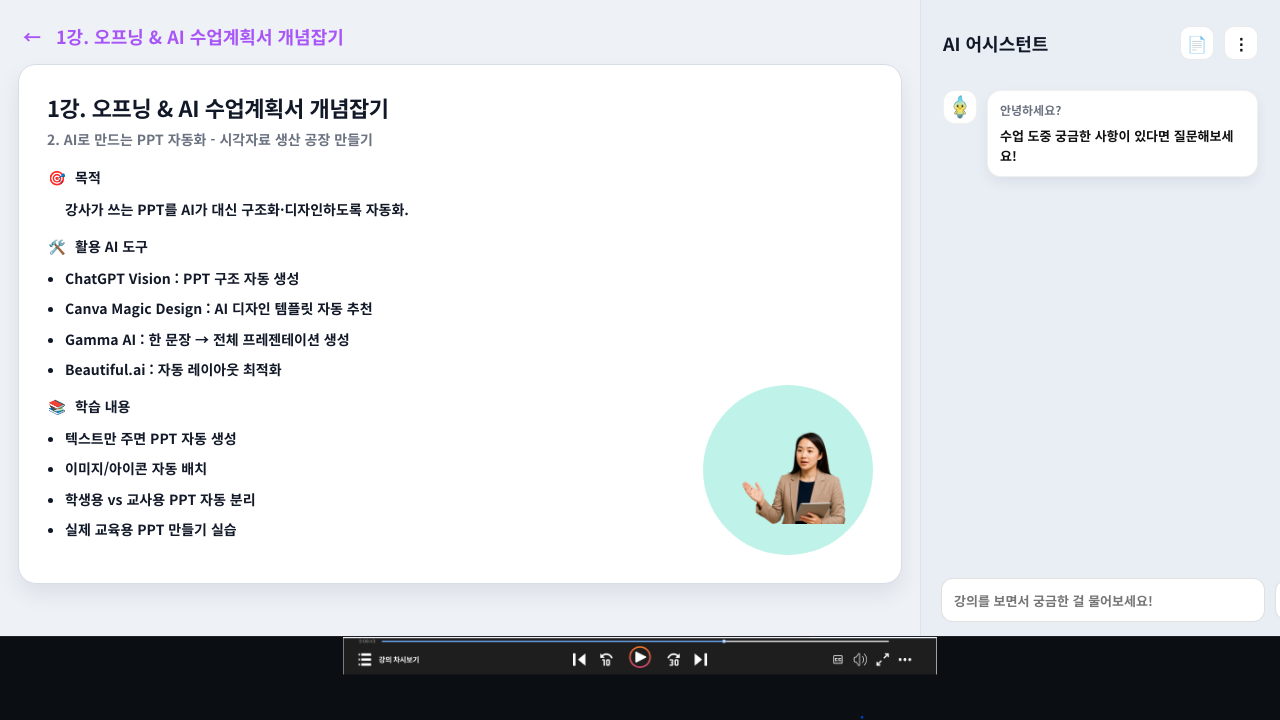
Repository: Iimchaehoon/level_up
Page: player.html
The author's editor kept a copy of each file at every save. The page is drawn from the files as they stood at one save, then again after the next save.
The browser window is 1280 px wide. The pictures show the whole page.

Above is the page before, as saved 2025-12-14 19:33:02.

### player.html
<!doctype html>
<html lang="ko">
<head>
  <meta charset="UTF-8" />
  <meta name="viewport" content="width=device-width,initial-scale=1" />
  <title>강의 플레이어 | LEVEL-UP</title>

  <link rel="preconnect" href="https://fonts.googleapis.com" />
  <link rel="preconnect" href="https://fonts.gstatic.com" crossorigin />
  <link href="https://fonts.googleapis.com/css2?family=Noto+Sans+KR:wght@400;500;700;800&display=swap" rel="stylesheet" />

  <style>
    :root{
      --bg:#eef1f6;
      --card:#ffffff;
      --line:#d6dde8;
      --text:#111827;
      --muted:#6b7280;
      --purple:#a855f7;
      --shadow:0 10px 22px rgba(15,23,42,.08);
      --radius:18px;
      --sidebarW:360px;
      --playerH:84px;
    }

    *{ box-sizing:border-box; }
    html,body{ height:100%; }
    body{
      margin:0;
      font-family:"Noto Sans KR",system-ui,-apple-system,BlinkMacSystemFont,"Segoe UI",sans-serif;
      color:var(--text);
      background:var(--bg);
      overflow:hidden; /* 피그마처럼 전체 스크롤 최소화 */
    }
    img{ max-width:100%; display:block; }
    button,input{ font-family:inherit; }
    a{ color:inherit; text-decoration:none; }

    /* ===== 전체 레이아웃 ===== */
    .app{
      height:100vh;
      display:grid;
      grid-template-columns: 1fr var(--sidebarW);
      padding-bottom: var(--playerH); /* 하단 플레이어바 자리 */
    }

    /* ===== 좌측 컨텐츠 ===== */
    .stage{
      position:relative;
      padding:18px 18px 18px 18px;
      overflow:auto;
    }

    .topline{
      display:flex;
      align-items:center;
      gap:10px;
      padding:4px 0 14px;
      color:var(--purple);
      font-weight:800;
      font-size:18px;
    }
    .back{
      width:28px; height:28px;
      border-radius:999px;
      display:grid; place-items:center;
      cursor:pointer;
      user-select:none;
    }
    .back:hover{ background:rgba(168,85,247,.12); }

    .content-card{
      background:var(--card);
      border:1px solid var(--line);
      border-radius: var(--radius);
      box-shadow: var(--shadow);
      padding:26px 28px;
      min-height: 520px;
      position:relative;
    }

    .h1{
      margin:0 0 6px;
      font-size:22px;
      font-weight:900;
      letter-spacing:-0.02em;
    }
    .h2{
      margin:0 0 18px;
      font-size:14px;
      font-weight:700;
      color:var(--muted);
    }

    .sec{
      margin-top:14px;
    }
    .sec-title{
      display:flex;
      align-items:center;
      gap:8px;
      margin:0 0 10px;
      font-weight:900;
      font-size:14px;
    }
    .sec-title .emoji{
      width:20px;
      display:inline-grid;
      place-items:center;
      font-size:14px;
    }
    .bullets{
      margin:0;
      padding-left:18px;
      color:var(--text);
      font-weight:600;
      line-height:1.75;
      font-size:14px;
    }
    .bullets li{ margin:6px 0; }

    /* 우하단 강사 이미지(원형 배경) */
    .teacher-badge{
      position:absolute;
      right:28px;
      bottom:28px;
      width:170px;
      height:170px;
      border-radius:999px;
      background: #bff3ea;
      display:grid;
      place-items:center;
    }
    .teacher-badge img{
      width:145px;
      height:auto;
      transform: translateY(6px);
    }

    /* ===== 우측 AI 어시스턴트 ===== */
    .sidebar{
      background:#e9edf4;
      border-left:1px solid rgba(0,0,0,.05);
      display:flex;
      flex-direction:column;
      padding:16px 14px 14px;
      overflow:hidden;
    }

    .side-head{
      display:flex;
      align-items:center;
      justify-content:space-between;
      padding:10px 8px 12px;
      font-weight:900;
      font-size:18px;
    }
    .side-actions{
      display:flex;
      gap:10px;
      color:#111;
    }
    .iconbtn{
      width:34px;
      height:34px;
      border-radius:10px;
      border:1px solid rgba(0,0,0,.08);
      background:#fff;
      cursor:pointer;
      display:grid;
      place-items:center;
      font-size:16px;
      user-select:none;
    }
    .iconbtn:hover{ background:#f7f8fb; }

    .chat{
      flex:1;
      overflow:auto;
      padding:8px 8px 10px;
    }

    .msg{
      display:flex;
      gap:10px;
      align-items:flex-start;
      margin:10px 0;
    }
    .avatar{
      width:34px;
      height:34px;
      border-radius:12px;
      background:#fff;
      border:1px solid rgba(0,0,0,.06);
      display:grid;
      place-items:center;
      overflow:hidden;
      flex:0 0 auto;
    }
    .avatar img{ width:26px; height:26px; object-fit:contain; }

    .bubble{
      max-width: 92%;
      background:#fff;
      border:1px solid rgba(0,0,0,.06);
      border-radius:14px;
      padding:10px 12px;
      line-height:1.55;
      font-size:13px;
      font-weight:600;
      color:#111;
      box-shadow: 0 6px 14px rgba(15,23,42,.06);
    }
    .bubble .muted{
      color:var(--muted);
      font-weight:700;
      font-size:12px;
      margin-bottom:6px;
      display:block;
    }

    .msg.user{
      justify-content:flex-end;
    }
    .msg.user .bubble{
      background:#111827;
      color:#fff;
      border-color:#111827;
      box-shadow:none;
    }

    .composer{
      padding:10px 6px 0;
      display:flex;
      gap:10px;
      align-items:center;
    }
    .input{
      flex:1;
      height:44px;
      border-radius:12px;
      border:1px solid rgba(0,0,0,.12);
      background:#fff;
      padding:0 12px;
      outline:none;
      font-size:13px;
      font-weight:600;
    }
    .send{
      width:46px;
      height:44px;
      border-radius:14px;
      border:1px solid rgba(0,0,0,.12);
      background:#fff;
      cursor:pointer;
      display:grid;
      place-items:center;
      font-size:18px;
      user-select:none;
    }
    .send:hover{ background:#f7f8fb; }

    /* ===== 하단 플레이어 바 ===== */
    .playerbar{
      position:fixed;
      left:0; right:0; bottom:0;
      height: var(--playerH);
      background:#0b0f14;
      display:flex;
      align-items:center;
      justify-content:center;
      z-index:50;
      border-top:1px solid rgba(255,255,255,.08);
    }
    .playerbar img{
      height:100%;
      width:100%;
      object-fit:contain; /* 피그마처럼 한 장 이미지로 꽉 */
    }

    /* 반응형: 좁아지면 사이드 내려가게 */
    @media (max-width: 980px){
      body{ overflow:auto; }
      .app{
        height:auto;
        grid-template-columns: 1fr;
        padding-bottom: var(--playerH);
      }
      .sidebar{
        height: 520px;
      }
    }
  </style>
</head>

<body>
  <div class="app">

    <!-- ===== 좌측 강의 화면 ===== -->
    <section class="stage" aria-label="강의 화면">
      <div class="topline">
        <div class="back" id="backBtn" title="뒤로가기">←</div>
        <div>1강. 오프닝 &amp; AI 수업계획서 개념잡기</div>
      </div>

      <div class="content-card">
        <h1 class="h1">1강. 오프닝 &amp; AI 수업계획서 개념잡기</h1>
        <p class="h2">2. AI로 만드는 PPT 자동화 - 시각자료 생산 공장 만들기</p>

        <div class="sec">
          <p class="sec-title"><span class="emoji">🎯</span> 목적</p>
          <div class="bullets">
            강사가 쓰는 PPT를 AI가 대신 구조화·디자인하도록 자동화.
          </div>
        </div>

        <div class="sec">
          <p class="sec-title"><span class="emoji">🛠️</span> 활용 AI 도구</p>
          <ul class="bullets">
            <li>ChatGPT Vision : PPT 구조 자동 생성</li>
            <li>Canva Magic Design : AI 디자인 템플릿 자동 추천</li>
            <li>Gamma AI : 한 문장 → 전체 프레젠테이션 생성</li>
            <li>Beautiful.ai : 자동 레이아웃 최적화</li>
          </ul>
        </div>

        <div class="sec">
          <p class="sec-title"><span class="emoji">📚</span> 학습 내용</p>
          <ul class="bullets">
            <li>텍스트만 주면 PPT 자동 생성</li>
            <li>이미지/아이콘 자동 배치</li>
            <li>학생용 vs 교사용 PPT 자동 분리</li>
            <li>실제 교육용 PPT 만들기 실습</li>
          </ul>
        </div>

        <!-- 우하단 원형 강사 이미지 -->
        <div class="teacher-badge" aria-hidden="true">
          <img src="./player/image_1917.png" alt="강사" />
        </div>
      </div>
    </section>

    <!-- ===== 우측 AI 어시스턴트 ===== -->
    <aside class="sidebar" aria-label="AI 어시스턴트">
      <div class="side-head">
        <div>AI 어시스턴트</div>
        <div class="side-actions">
          <div class="iconbtn" title="문서">📄</div>
          <div class="iconbtn" title="더보기">⋮</div>
        </div>
      </div>

      <div class="chat" id="chat">
        <div class="msg bot">
          <div class="avatar"><img src="./player/image_1864.png" alt="마스코트" /></div>
          <div class="bubble">
            <span class="muted">안녕하세요?</span>
            수업 도중 궁금한 사항이 있다면 질문해보세요!
          </div>
        </div>
      </div>

      <div class="composer">
        <input id="chatInput" class="input" type="text" placeholder="강의를 보면서 궁금한 걸 물어보세요!" />
        <button id="sendBtn" class="send" type="button" aria-label="전송">➜</button>
      </div>
    </aside>
  </div>

  <!-- ===== 하단 플레이어(이미지 1:1) ===== -->
  <div class="playerbar" aria-label="플레이어">
    <img src="./player/plyer_icon.png" alt="플레이어 바" />
  </div>

  <script>
    // ===== 뒤로가기(나의 강의로) =====
    document.getElementById("backBtn").addEventListener("click", () => {
      // 네 파일명이 my_lecture.html 이면 그대로, 다르면 수정
      window.location.href = "my_lecture.html";
    });

    // ===== 간단 AI Q&A (수업/강의 관련 키워드 기반) =====
    const chat = document.getElementById("chat");
    const input = document.getElementById("chatInput");
    const sendBtn = document.getElementById("sendBtn");

    // "강의 내용" 기반으로만 답하도록 룰을 잡아줌 (원하는대로 문구 변경 가능)
    function answer(text){
      const t = (text || "").trim().toLowerCase();

      // 빈값
      if(!t) return "질문을 입력해줘! 예: “오늘 강의 목적이 뭐야?”";

      // 범용
      if (t.includes("목적") || t.includes("왜") || t.includes("무슨 목적")) {
        return "이 파트의 목적은 **강사가 쓰는 PPT를 AI가 대신 구조화·디자인하도록 자동화**하는 거야.";
      }
      if (t.includes("도구") || t.includes("툴") || t.includes("사용") || t.includes("뭐로")) {
        return "활용 도구는 **ChatGPT Vision / Canva Magic Design / Gamma AI / Beautiful.ai**야.";
      }
      if (t.includes("chatgpt")) {
        return "ChatGPT Vision은 **PPT 구조(목차/슬라이드 흐름/핵심요약)**을 자동으로 잡아주는 데 좋아.";
      }
      if (t.includes("canva")) {
        return "Canva Magic Design은 **템플릿/레이아웃 추천**으로 디자인 시간을 확 줄여줘.";
      }
      if (t.includes("gamma")) {
        return "Gamma AI는 **한 문장만 줘도 전체 프레젠테이션**을 빠르게 만들어주는 쪽에 강해.";
      }
      if (t.includes("beautiful")) {
        return "Beautiful.ai는 **자동 레이아웃 정렬/정돈**이 강점이라 발표자료 마감 직전에 특히 유용해.";
      }
      if (t.includes("학습") || t.includes("배우는") || t.includes("내용")) {
        return "학습 내용은 **텍스트→PPT 자동 생성 / 이미지·아이콘 자동 배치 / 학생용·교사용 분리 / 교육용 PPT 만들기 실습**이야.";
      }
      if (t.includes("학생") || t.includes("교사용") || t.includes("분리")) {
        return "학생용/교사용 분리는 **표현 난이도·설명량·정답/해설 포함 여부**를 기준으로 AI에게 역할을 나눠서 생성시키면 돼.";
      }
      if (t.includes("질문") || t.includes("프롬프트") || t.includes("예시")) {
        return "예시 프롬프트: “중3 대상 45분 수업, 주제는 OOO. 학생용 10장/교사용 10장으로 나눠서 슬라이드 구조와 핵심 문장, 이미지 아이디어까지 제안해줘.”";
      }

      // 범위 밖 질문 필터(원하면 삭제 가능)
      if (t.includes("정치") || t.includes("주식") || t.includes("날씨")) {
        return "지금은 **수업/강의 관련 질문**에만 답변할 수 있어. 강의 내용으로 질문해줘!";
      }

      // 기본 응답
      return "좋아. 질문을 조금만 더 구체적으로 말해줘! (예: “이번 파트에서 어떤 도구를 쓰는지”, “학습 내용 요약” 등)";
    }

    function addMsg(role, text){
      const row = document.createElement("div");
      row.className = "msg " + (role === "user" ? "user" : "bot");

      if(role !== "user"){
        const av = document.createElement("div");
        av.className = "avatar";
        const img = document.createElement("img");
        img.src = "./player/image_1864.png";
        img.alt = "마스코트";
        av.appendChild(img);

        const bubble = document.createElement("div");
        bubble.className = "bubble";
        bubble.innerHTML = text;

        row.appendChild(av);
        row.appendChild(bubble);
      }else{
        const bubble = document.createElement("div");
        bubble.className = "bubble";
        bubble.textContent = text;
        row.appendChild(bubble);
      }

      chat.appendChild(row);
      chat.scrollTop = chat.scrollHeight;
    }

    function send(){
      const q = input.value.trim();
      if(!q) return;

      addMsg("user", q);
      input.value = "";

      // 살짝 딜레이로 자연스럽게
      setTimeout(() => {
        const a = answer(q);
        addMsg("bot", a);
      }, 250);
    }

    sendBtn.addEventListener("click", send);
    input.addEventListener("keydown", (e) => {
      if(e.key === "Enter") send();
    });
  </script>
</body>
</html>

After the next save:
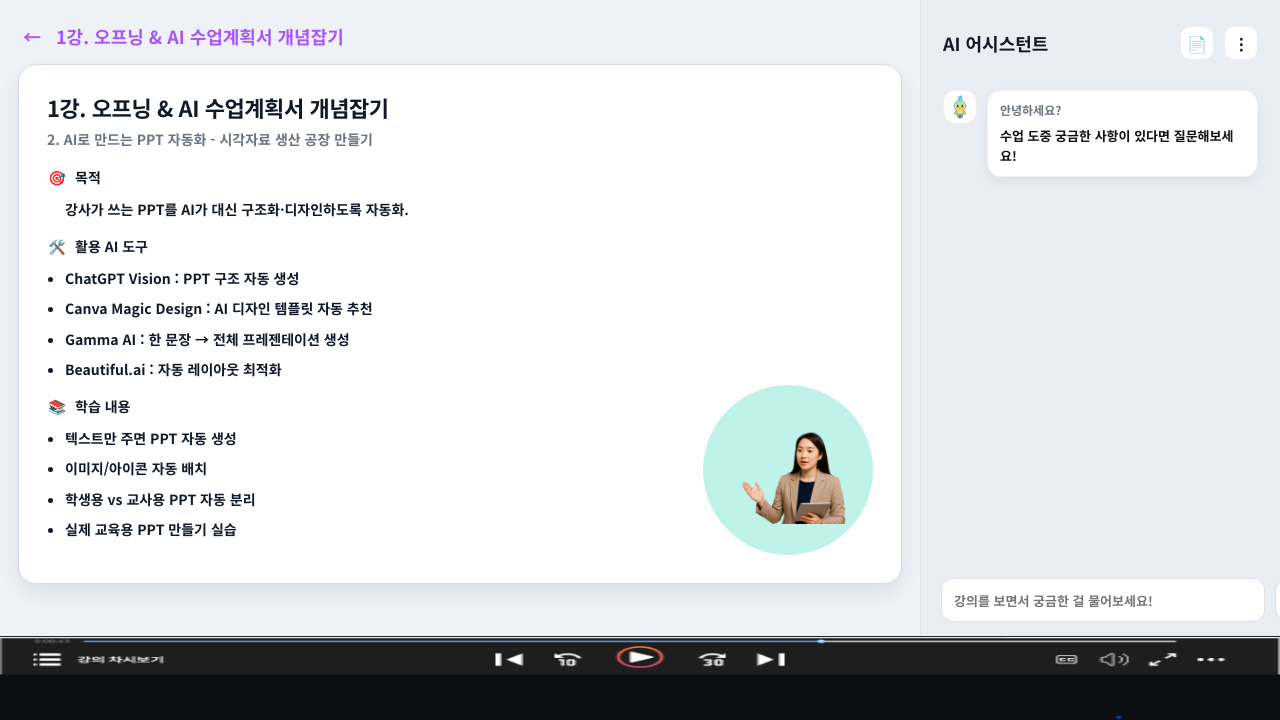
Saved 14 s later.
--- a/player.html
+++ b/player.html
@@ -275,7 +275,7 @@
     .playerbar img{
       height:100%;
       width:100%;
-      object-fit:contain; /* 피그마처럼 한 장 이미지로 꽉 */
+      object-fit: fill; /* 피그마처럼 한 장 이미지로 꽉 */
     }
 
     /* 반응형: 좁아지면 사이드 내려가게 */

After the save that followed:
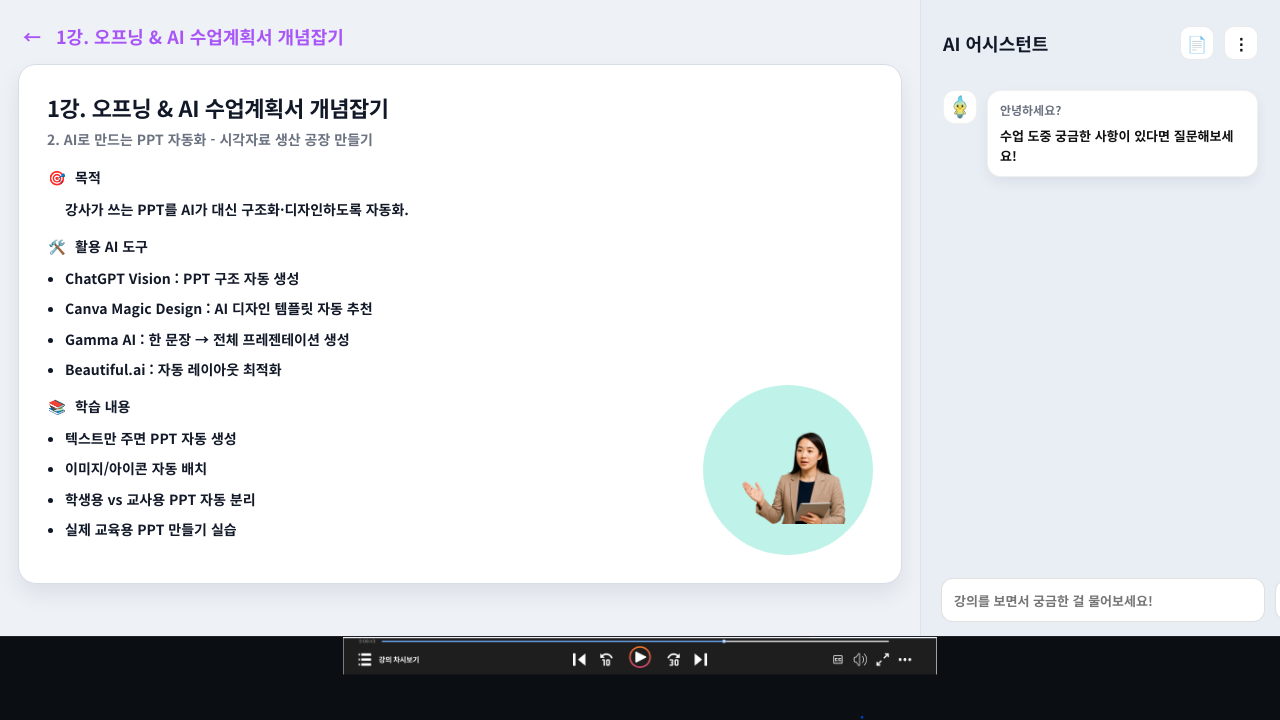
Saved 7 s later.
--- a/player.html
+++ b/player.html
@@ -275,7 +275,7 @@
     .playerbar img{
       height:100%;
       width:100%;
-      object-fit: fill; /* 피그마처럼 한 장 이미지로 꽉 */
+      object-fit:contain; /* 피그마처럼 한 장 이미지로 꽉 */
     }
 
     /* 반응형: 좁아지면 사이드 내려가게 */
